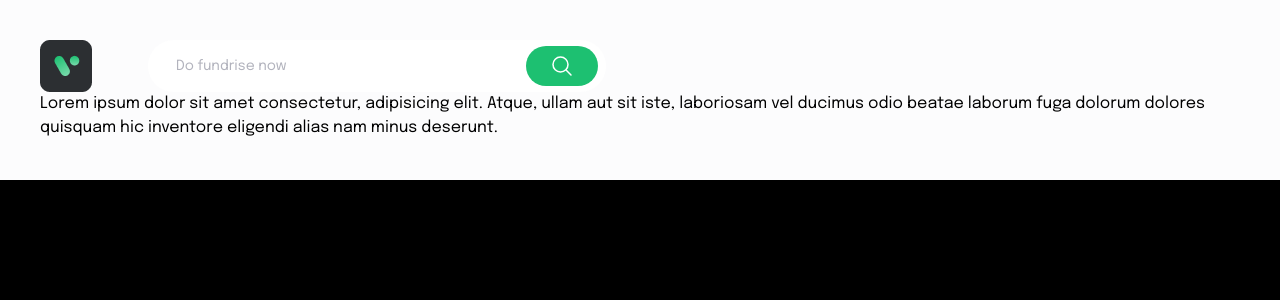
Repository: Kaymileee/crownFunding-Project
Page: /
These files come from the project's save history. The page is drawn as it stood at one moment and after the next save; the edit follows.
The browser window is 1280 px wide. The pictures show the whole page.
The project was rebuilt for these pictures with package versions that can differ from the ones it lists, and the page was loaded fresh each time. Imported but missing from the stored project, and not drawn on this page: src/components/common/FormGroup, src/components/input/Input.

Above is the page before, as saved 2023-02-03 17:39:02.

After the next save:
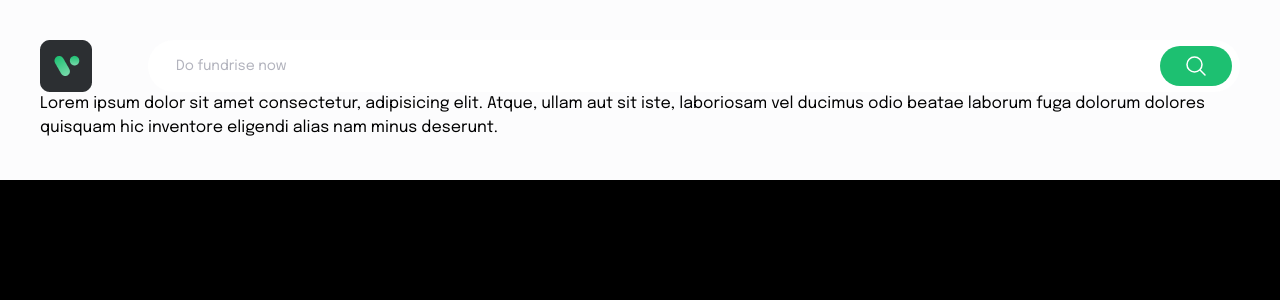
Saved 2 min 45 s later.
--- a/src/module/dashboard/DashboardSearch.js
+++ b/src/module/dashboard/DashboardSearch.js
@@ -2,7 +2,7 @@ import React from "react";
 
 const DashboardSearch = () => {
   return (
-    <div className="max-w-[458px] p-2 bg-white shadow-[10px_10px_20px_rgba(218, 213, 213, 0.15)] w-full rounded-full flex items-center max-h-[52px] h-full">
+    <div className=" p-2 bg-white shadow-[10px_10px_20px_rgba(218, 213, 213, 0.15)] w-full rounded-full flex items-center max-h-[52px] h-full">
       <div className="flex-1 px-5">
         <input
           type="text"
